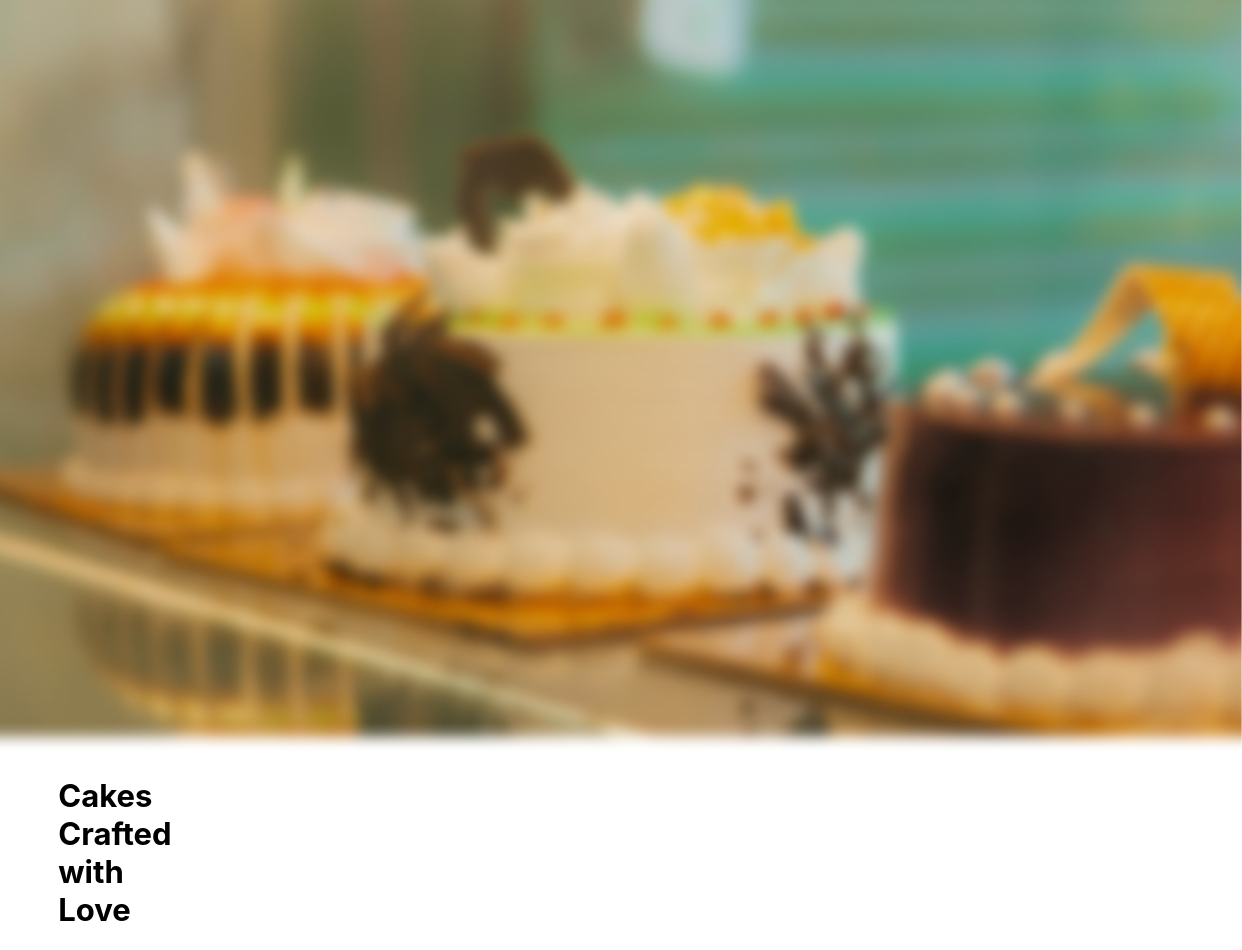
Repository: MEROO1010/cake-box-website
Page: / (app in Cake_box/cake_website/cake_frontend/)
An editor plug-in stored every save of this project. The page is shown before and after a run of saves, followed by the edit.
The browser window is 1280 px wide. The pictures show the whole page, at 97% of full size.
The project was rebuilt for these pictures with package versions that can differ from the ones it lists, and the page was loaded fresh each time.

Above is the page before, as saved 2024-10-22 11:49:15.

### Cake_box/cake_website/cake_frontend/src/App.jsx
import { BrowserRouter as Router, Routes, Route } from 'react-router-dom';
import  Homepage from './components/HomePage/Homepage';

function App() {
    return (
        <Router>
            <Routes>
                <Route path="/" element={<Homepage />} />
            </Routes>
        </Router>
    );
}

export default App;

### Cake_box/cake_website/cake_frontend/src/components/HomePage/Homepage.jsx
import React from 'react'
import Homepagebg from '../assets/HomePage.png';
import styled from 'styled-components';

const Homepage = () => {
  return (
    <Container>

    <img src={Homepagebg} alt=""/>

    <h1>Cakes<br/> Crafted<br/> with<br/> Love</h1>

    </Container>
  )
}

export default Homepage

const Container = styled.div `
   img{
    width: 100%;

   }

   h1{
    color:black;
    padding-left:60px;
   }

  `

Loaded but not shown: Cake_box/cake_website/cake_frontend/public/index.html (common file); Cake_box/cake_website/cake_frontend/src/index.js (common file); Cake_box/cake_website/cake_frontend/src/index.css (common file); Cake_box/cake_website/cake_frontend/src/reportWebVitals.js (common file)

After the next 2 saves:
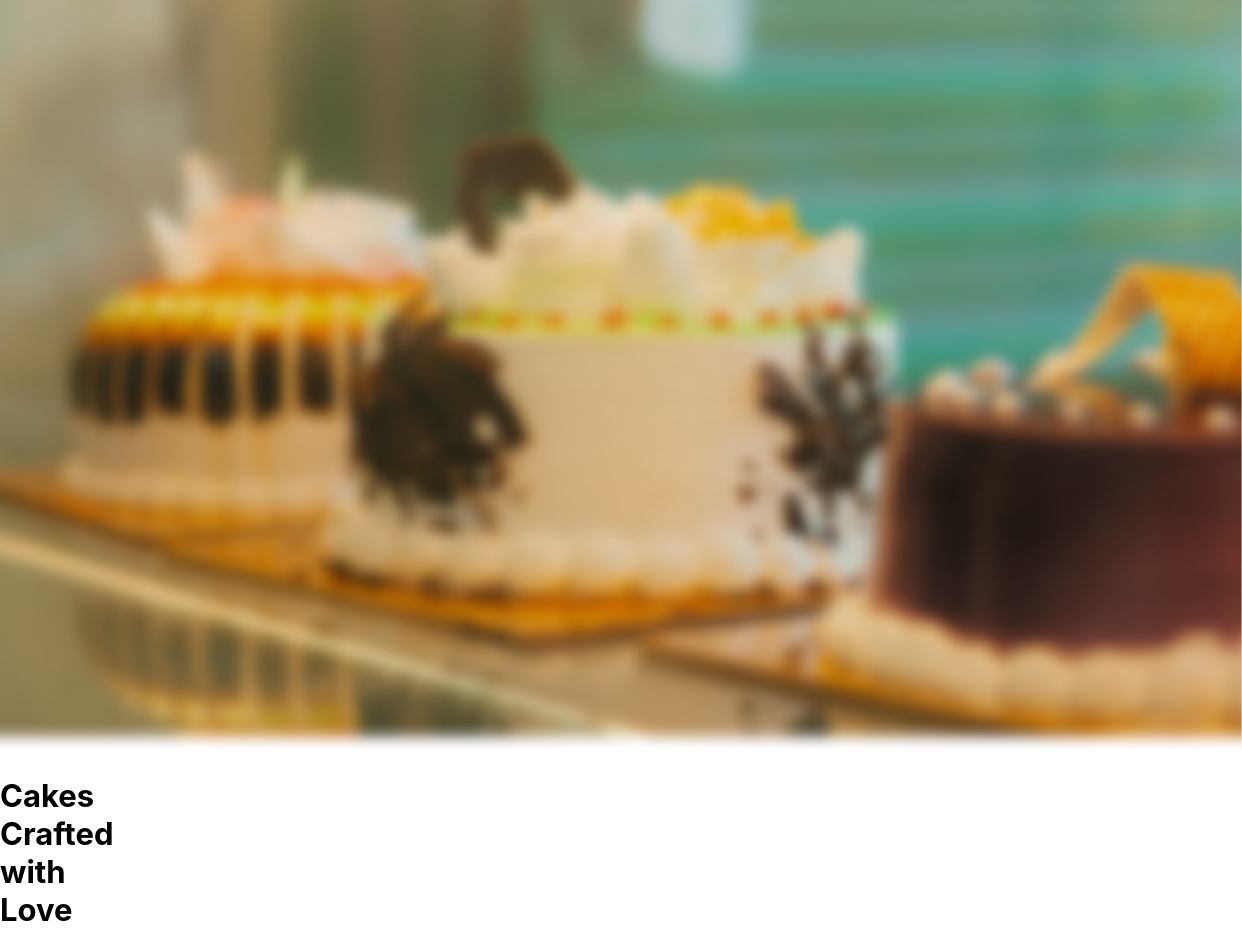
The 2 saves are shown as one change because they came seconds apart.
The last was saved 12 s later.
--- a/Cake_box/cake_website/cake_frontend/src/components/HomePage/Homepage.jsx
+++ b/Cake_box/cake_website/cake_frontend/src/components/HomePage/Homepage.jsx
@@ -24,7 +24,7 @@ const Container = styled.div `
 
    h1{
     color:black;
-    padding-left:60px;
+    padding-right:600px;
    }
 
   `
